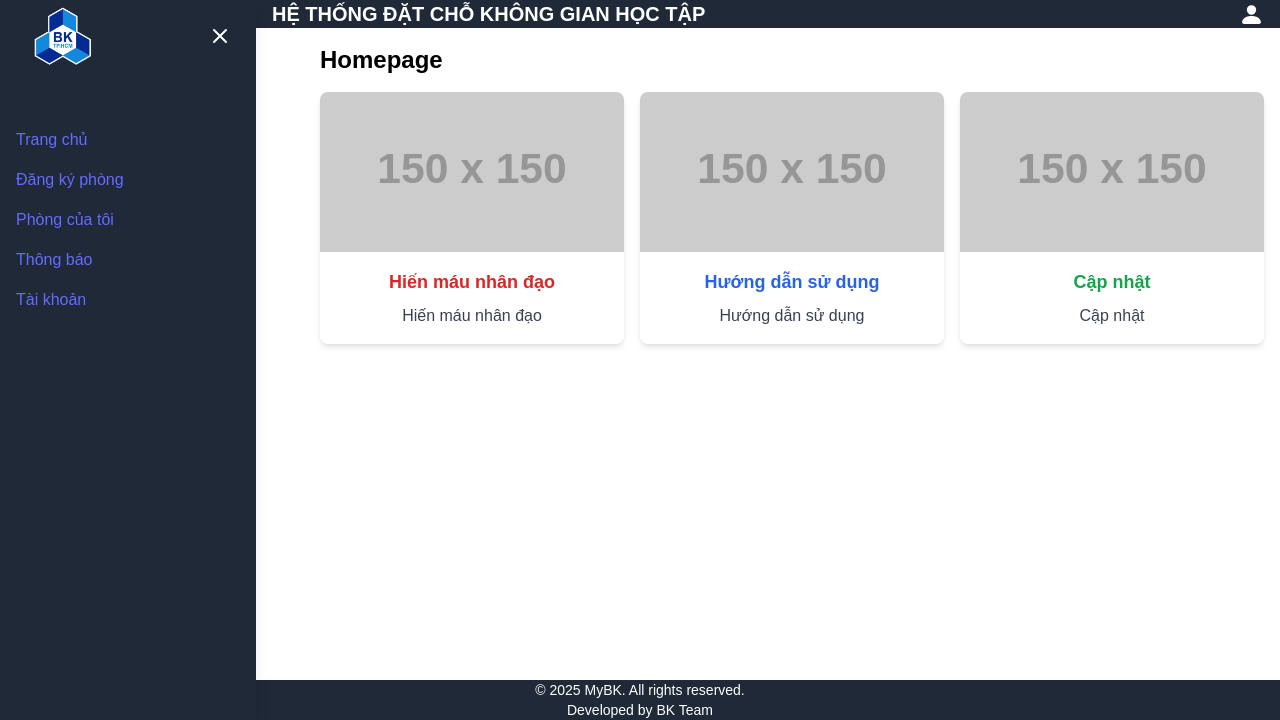
Repository: CNPM-S3MRS/frontend-web
Page: /homepage
The author's editor kept a copy of each file at every save. The page is drawn from the files as they stood at one save, then again after the next save.
The browser window is 1280 px wide. The pictures show the whole page.
The project was rebuilt for these pictures with package versions that can differ from the ones it lists, and the page was loaded fresh each time. Also part of the build but not shown: vite.config.js, src/pages/auth/Login.jsx, src/components/card/NotificationCard.jsx, src/components/pagination/Pagination.jsx, src/components/dropdownmenu/DropdownList.jsx, src/pages/notification/notification.jsx.

Above is the page before, as saved 2025-04-10 23:34:59.

After the next save:
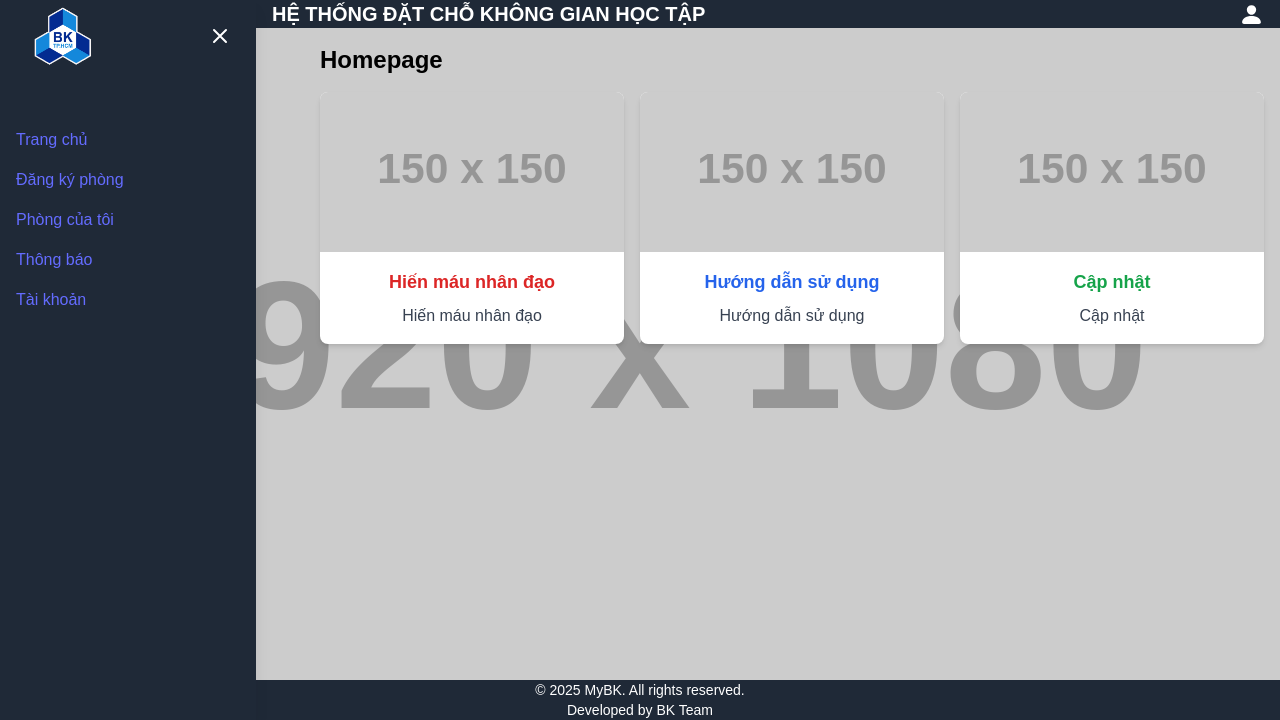
Saved 4 s later.
--- a/src/pages/homepage/Homepage.jsx
+++ b/src/pages/homepage/Homepage.jsx
@@ -9,7 +9,9 @@ const Homepage = () => {
 
   return (
     <div className="container flex flex-col h-screen bg-cover bg-center"
-
+    style={{
+        backgroundImage: "url('https://via.placeholder.com/1920x1080')", // Replace with your image URL
+      }}
     >
       {/* Header */}
       <Header isSidebarOpen={isSidebarOpen} setIsSidebarOpen={setIsSidebarOpen} />
